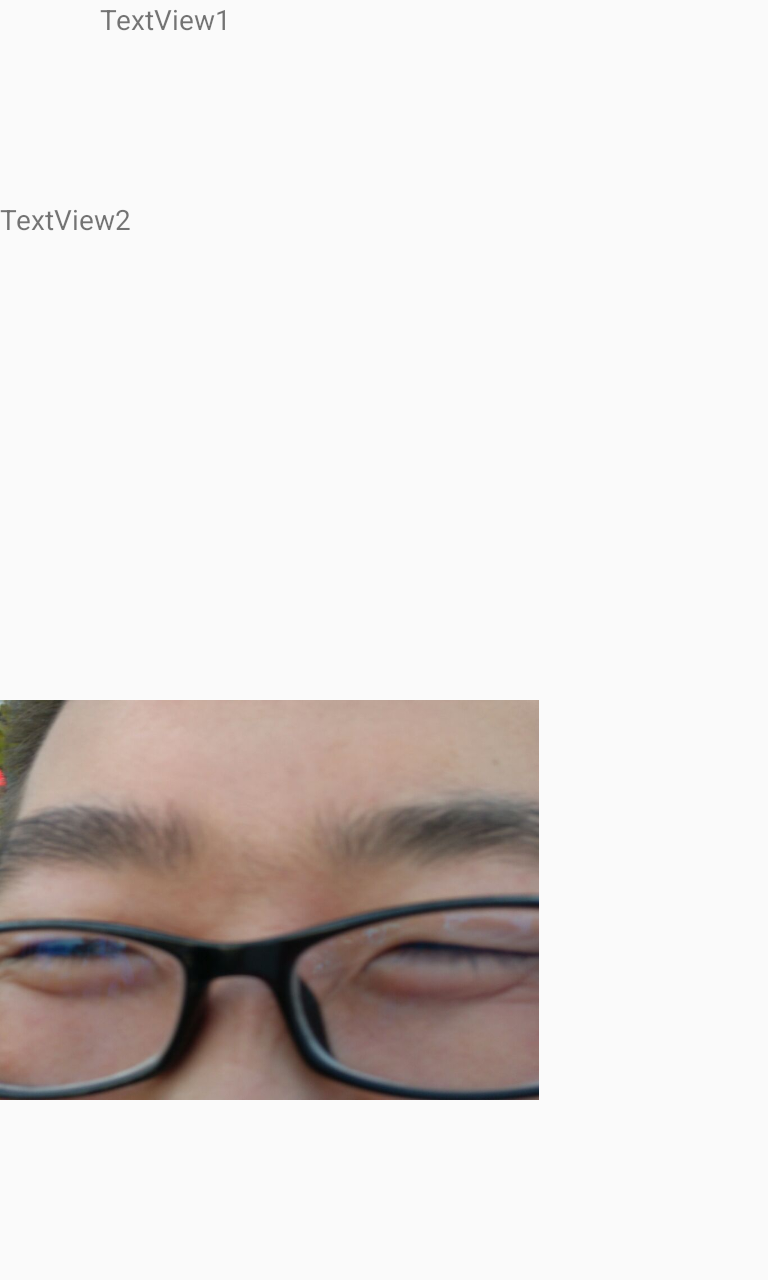
Repository: mjchow/qiuyi
Layout: demo1/res/layout/activity_main.xml
An editor plug-in stored every save of this project. The layout is shown before and after the next save, followed by the edit.
It is drawn on a 768 x 1280 px phone screen (xhdpi) without system bars, with theme AppTheme; the app's code is not run.

Above is the layout before, as saved 2014-12-25 15:58:17.

### demo1/res/layout/activity_main.xml
<FrameLayout xmlns:android="http://schemas.android.com/apk/res/android"
    xmlns:tools="http://schemas.android.com/tools"
    android:id="@+id/container"
    android:layout_width="match_parent"
    android:layout_height="match_parent"
    tools:context="com.example.demo1.MainActivity"
    tools:ignore="MergeRootFrame" >

    <ImageView
         android:id="@+id/imageview1"
         android:layout_marginTop="350dp"
         android:layout_width="600dp"
         android:layout_height="200dp"
         android:scaleType="fitStart"
         android:src="@drawable/ydt1" />
      <TextView
        android:id="@+id/textView1"
        android:layout_width="wrap_content"
        android:layout_height="wrap_content"
        android:layout_marginLeft = "50dp"
        android:text="TextView1" />

    <TextView
        android:id="@+id/textView2"
        android:layout_marginTop="100dp"
        android:layout_width="wrap_content"
        android:layout_height="wrap_content"
        android:text="TextView2" />

</FrameLayout>

Loaded but not shown: demo1/res/values/styles.xml (common file); demo1/res/values-v11/styles.xml (common file); demo1/res/values-v14/styles.xml (common file)

After the next save:
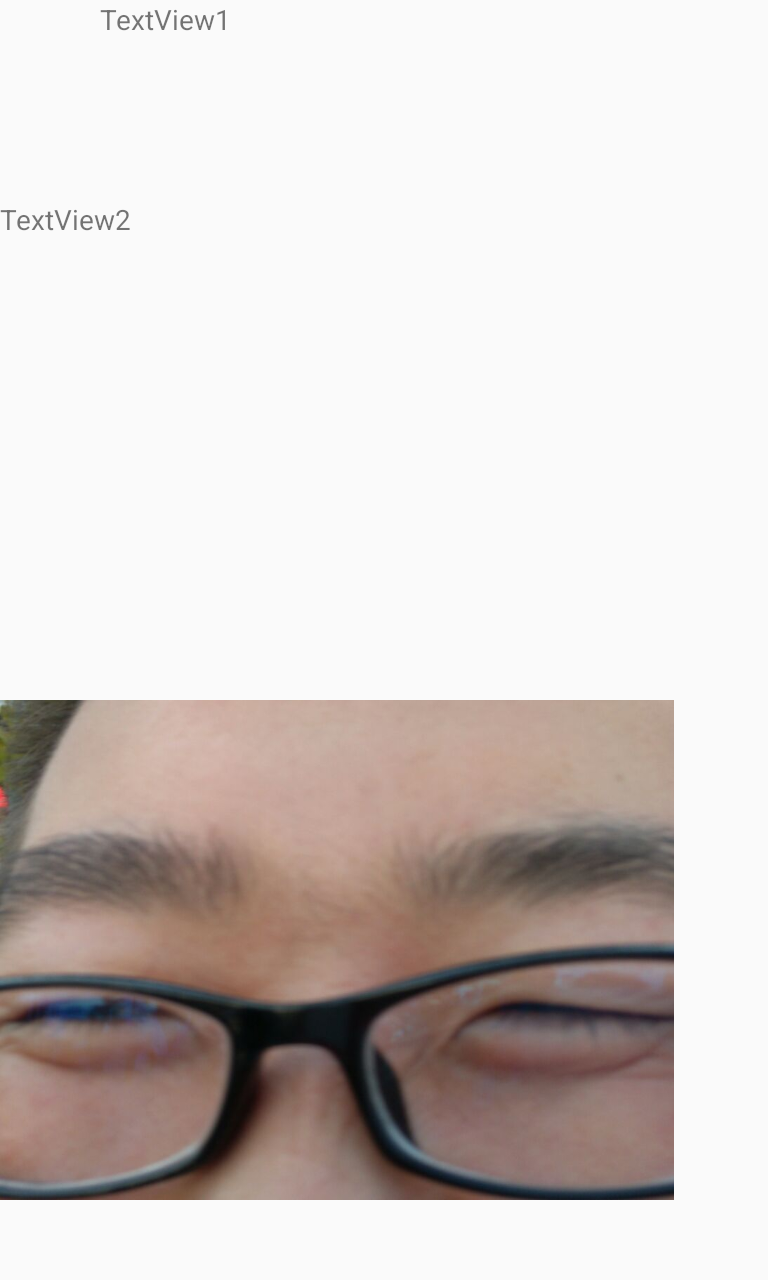
Saved 9 s later.
--- a/demo1/res/layout/activity_main.xml
+++ b/demo1/res/layout/activity_main.xml
@@ -10,7 +10,7 @@
          android:id="@+id/imageview1"
          android:layout_marginTop="350dp"
          android:layout_width="600dp"
-         android:layout_height="200dp"
+         android:layout_height="250dp"
          android:scaleType="fitStart"
          android:src="@drawable/ydt1" />
       <TextView
